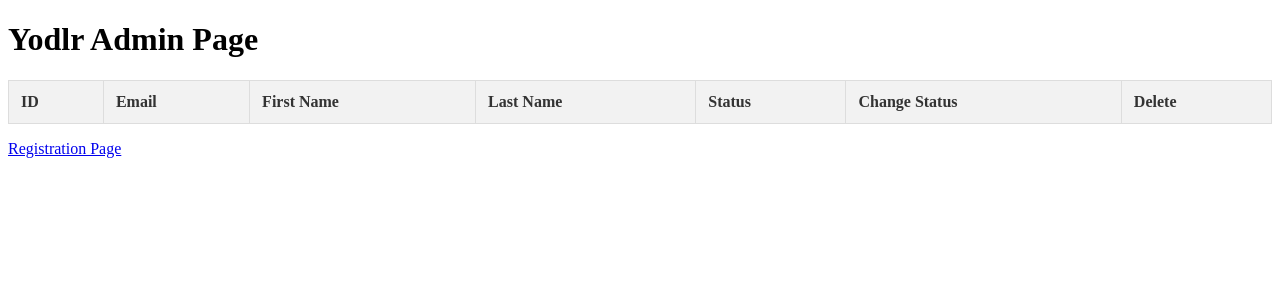
Repository: rmdayberry/yodlr-take-home
Page: public/admin.html
The author's editor kept a copy of each file at every save. The page is drawn from the files as they stood at one save, then again after the next save.
The browser window is 1280 px wide. The pictures show the whole page.
The page's requests for data from a server got no answer.

Above is the page before, as saved 2024-10-08 20:29:39.
Console error: TypeError: Cannot read properties of undefined (reading 'message')

After the next save:
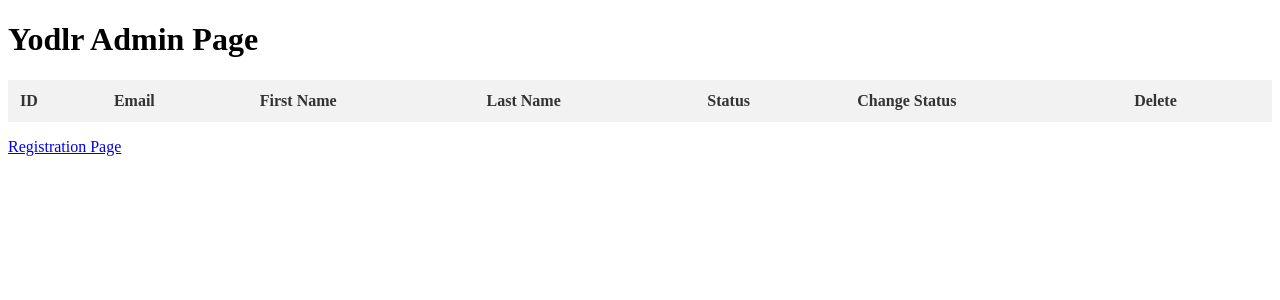
Saved 4 min 38 s later.
--- a/public/css/admin.css
+++ b/public/css/admin.css
@@ -6,7 +6,7 @@
 table,
 th,
 td {
-  border: 1px solid #ddd;
+  vertical-align: middle;
 }
 th,
 td {

After the save that followed:
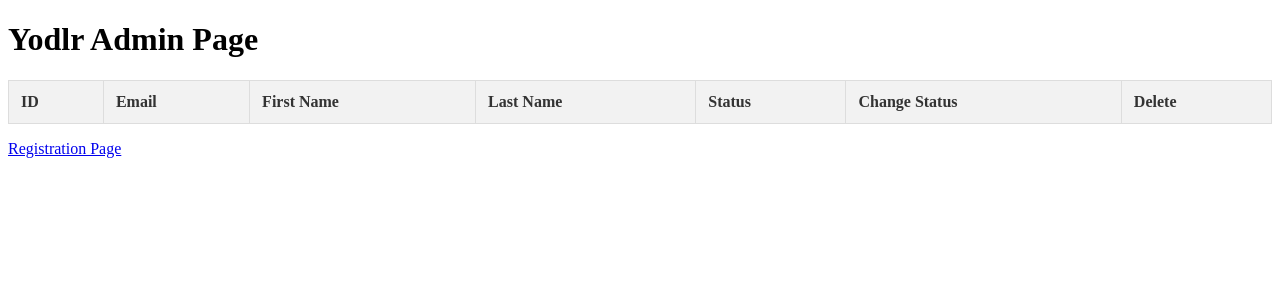
Saved 13 s later.
--- a/public/css/admin.css
+++ b/public/css/admin.css
@@ -6,7 +6,7 @@
 table,
 th,
 td {
-  vertical-align: middle;
+  border: 1px solid #ddd;
 }
 th,
 td {
